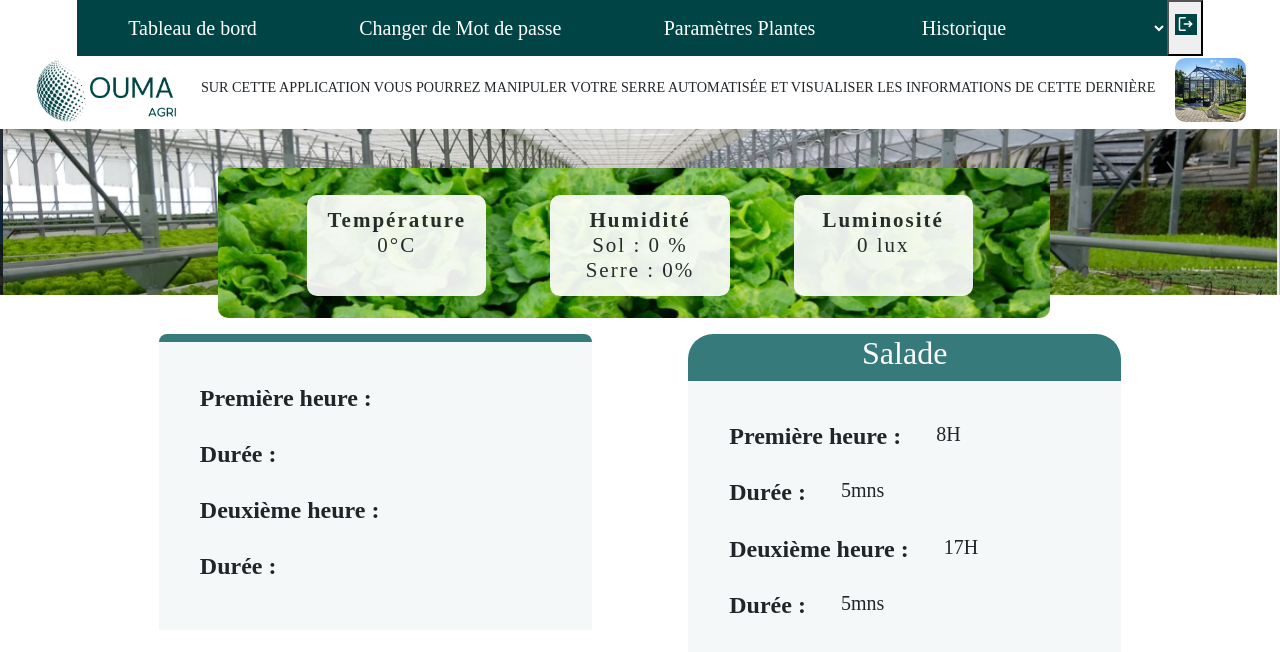
Repository: ODIA221/gestion_serre_automatise
Page: /Dashboard/ParametrePlante (app in interface/)
An editor plug-in stored every save of this project. The page is shown before and after the next save, followed by the edit.
The browser window is 1280 px wide. The pictures show the whole page.
The page's requests for data from a server got no answer. The project was rebuilt for these pictures with package versions that can differ from the ones it lists, and the page was loaded fresh each time. No one was signed in, and anything a server would have sent is missing. Also part of the build but not shown: interface/src/pages/Connexion.js, interface/src/pages/Historiques.js, interface/src/pages/TableauDB.js.

Above is the page before, as saved 2023-04-06 11:52:07.

After the next save:
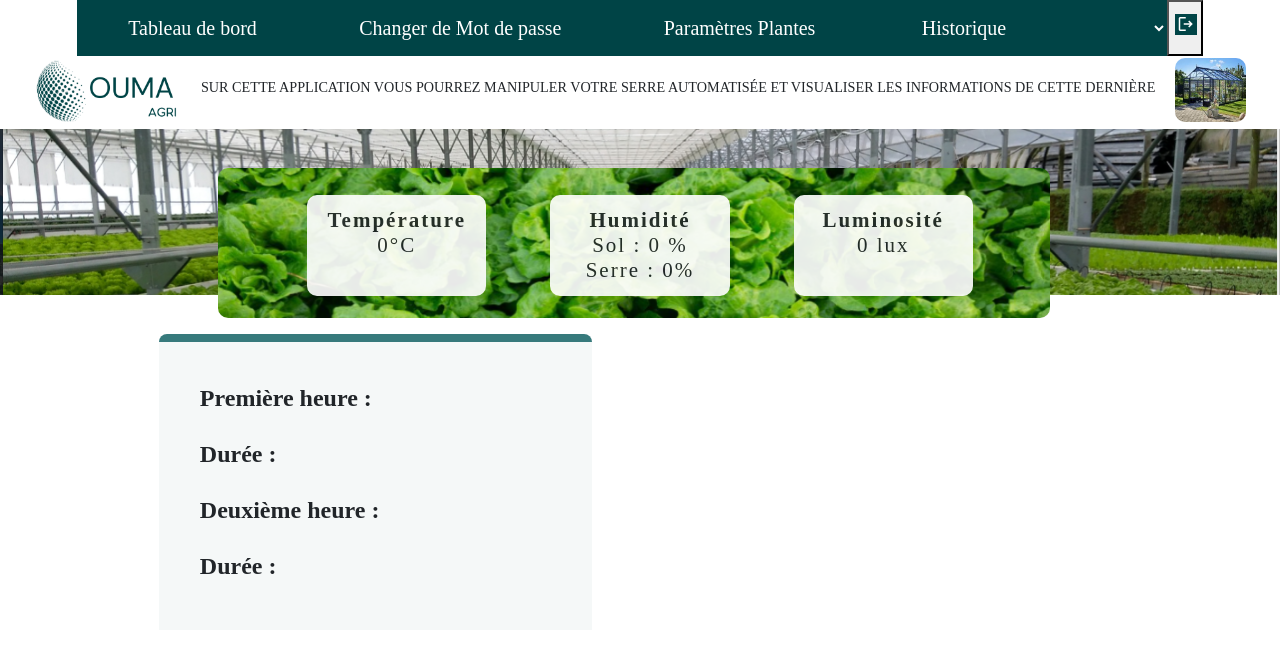
Saved 10 s later.
--- a/interface/src/pages/ParametrePlante.js
+++ b/interface/src/pages/ParametrePlante.js
@@ -26,7 +26,7 @@ const ParametrePlante = () => {
         </div>
         </div>
       </div>
-     <div class='paraPlante'>
+    {/*  <div class='paraPlante'>
         <div class='paraNom'><h2>Salade</h2> </div>
 
         <div class='groupChampPara'>
@@ -47,7 +47,7 @@ const ParametrePlante = () => {
           <h5>5mns</h5>
         </div>
         </div>
-      </div>
+      </div> */}
     </div>
 
 
